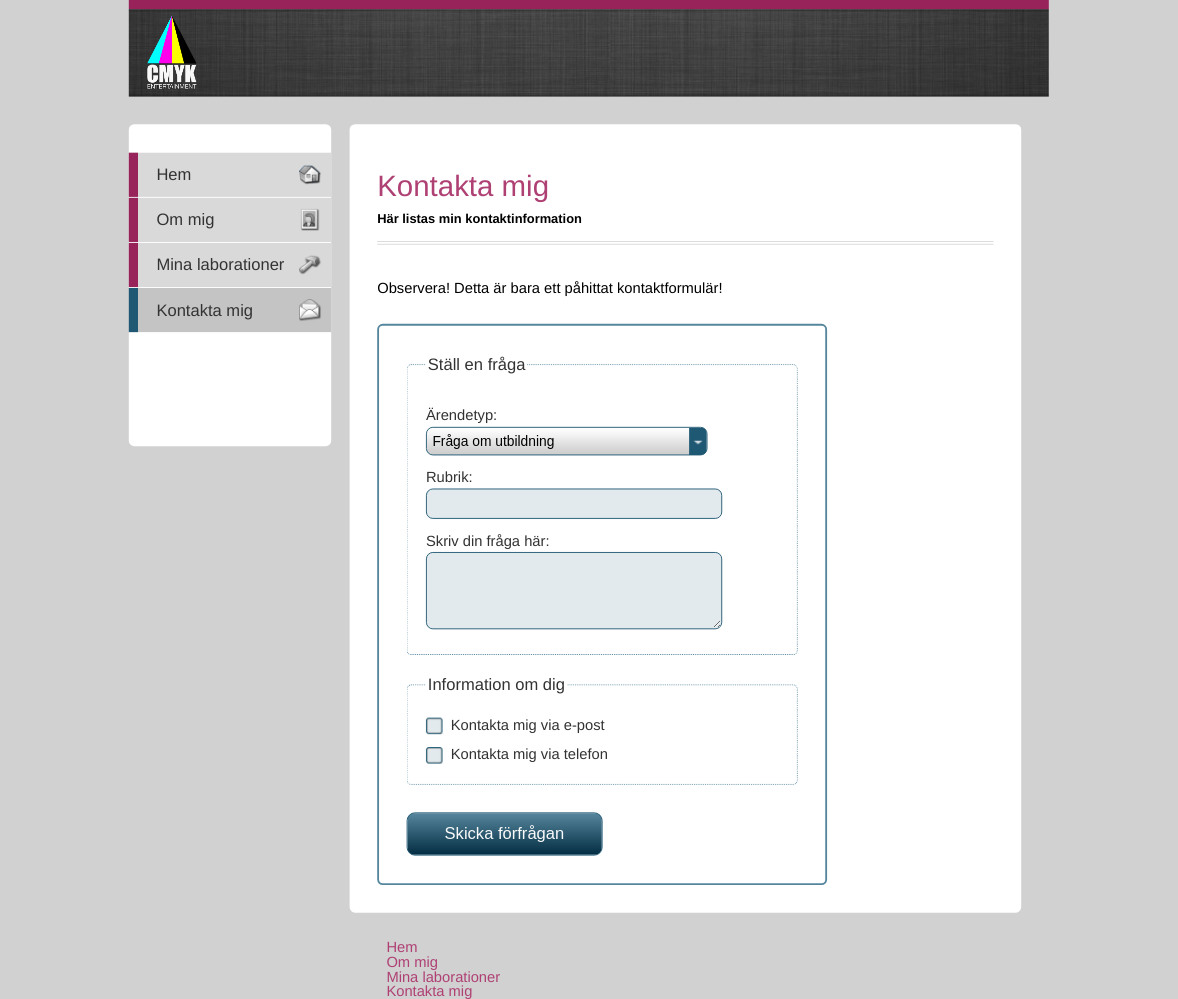
Repository: Holmewi/1ik415-jh222qr-laborationer
Page: pages/kontakt.html
The author's editor kept a record of every edit. The page is drawn from the files as they stood at one moment, then again after the next edit.
The browser window is 1280 px wide. The pictures show the whole page, at 92% of full size.

Above is the page before.

### pages/kontakt.html
<!DOCTYPE HTML>
<html lang="sv">
    <head>
        <meta charset="utf-8">
        <title>Kontakta mig - Här listas min kontaktinformation</title>
        <link rel="stylesheet" media="all" href="../css/style.css" />
        <link rel="stylesheet" media="print" href="../css/print.css" />
        <link rel="stylesheet" media="screen and (max-width:481px)" href="../css/screen.css" />
        <link rel="apple-touch-icon" href="../_app/pic/apple-touch-icon.png" />
        <link rel="shortcut icon" href="../pics/favicon.ico" type="image/x-icon" />
        <link rel="shortcut icon" href="../pics/favicon.png" type="image/png" />
        <meta name="viewport" content="width=480, initial-scale=1, maximum-scale=1">

    </head>
    <body>
        <div id="wrapper"> <!-- fick felmeddelande när jag använde taggen container -->
            <header id="top">
                <div id="headerTop">

                </div>
                <div id="headerBottom">
                    <img src="../pics/logo.png" alt="min logotyp" class="logotyp">
                </div>
            </header>

            <nav id="headmenu" class="borderRadius">
                    <ul>
                        <li><a id="homepage" href="../index.html">Hem</a></li>
                        <li><a id="aboutpage" href="presentation.html">Om mig</a></li>
                        <li><a id="labpage" href="laborationer.html">Mina laborationer</a></li>
                        <li><a id="contactpage" href="kontakt.html" class="active">Kontakta mig</a></li>
                    </ul>
            </nav>

            <main id="content" class="borderRadius">
                <header id="mainheader">
                    <h1>Kontakta mig</h1>
                    <h4>Här listas min kontaktinformation</h4>
                </header>
                <aside id="observe">
                    <p>Observera! Detta är bara ett påhittat kontaktformulär!</p>
                </article>
                <div class="form">
                    <a id="kontaktform" class="print_nolink"></a>
                    <form id="input" action="http://voyager.lnu.se/tekinet/kurser/dtt/wp_webbintro/form.php" method="POST" name="ContactForm">
                        <fieldset id="set_form">
                            <legend>
                                <label class="formHeader" name="FormHeader">Ställ en fråga</label>
                            </legend>
                            <p><label for="form_list">Ärendetyp:</label></p>
                            <select id="form_list" name="FormList" >
                                <option value="utbildning">Fråga om utbildning</option>
                                <option value="kurs">Fråga om kurs</option>
                                <option value="hyra">Fråga om anställning</option>
                                <option value="webbplatsen">Fråga om webbplatsen</option>
                                <option value="privat">Ställ en privat fråga</option>
                            </select>

                            <p>
                                <label for="msg_header">Rubrik:</label>
                            </p>
                            <input type="text" id="msg_header" name="MessageHeader"/>

                            <br>
                            <p>
                                <label for="user_message">Skriv din fråga här:</label>
                            </p>
                            <textarea id="user_message" name="UserMessage" rows="4" cols="39"></textarea>

                        </fieldset>

                        <fieldset id="contact_info">
                            <legend>
                                <label class="formHeader" name="FormInfo">Information om dig</label>
                            </legend>
                            <p>
                                <input type="checkbox" id="form_email" name="FormEmail" value="email">
                                <label for="form_email">Kontakta mig via e-post</label>
                            </p>
                            <p>
                                <input type="checkbox" id="form_phone" name="FormPhone" value="phone">
                                <label for="form_phone">Kontakta mig via telefon</label>
                            </p>
                        </fieldset>
                        <input type="submit" value="Skicka förfrågan" />
                    </form>
                </div>
             </main>
             <footer>
                <div id="footerNav">
                    <ul>
                        <li><a href="../index.html">Hem</a></li>
                        <li><a href="presentation.html">Om mig</a></li>
                        <li><a href="laborationer.html">Mina laborationer</a></li>
                        <li><a href="kontakt.html">Kontakta mig</a></li>
                    </ul>
                </div>
            </footer>
        </div>
    </body>
</html>

### css/print.css
@charset "UTF-8";
/* CSS Document */

@page {
    margin: 2cm 2cm 3cm 2cm;
}

/* För att skriva ut url efter länkarna vid utskrift
Källa: http://css-tricks.com/snippets/css/print-url-after-links/ */

@media print{
       a:after{content:" (" attr(href) ") ";font-size:0.8em;font-weight:normal;}
}

body {
	font-family: Georgia, Times, serif;
	size: auto;
}

html, body, div, span, applet, object, iframe,
h1, h2, h3, h4, h5, h6, p, blockquote, pre,
a, abbr, acronym, address, big, cite, code,
del, dfn, em, img, ins, kbd, q, s, samp,
small, strike, strong, sub, sup, tt, var,
b, u, i, center,
dl, dt, dd, ol, ul, li,
fieldset, form, label, legend,
table, caption, tbody, tfoot, thead, tr, th, td,
article, aside, canvas, details, embed,
figure, figcaption, footer, header, hgroup,
menu, nav, output, ruby, section, summary,
time, mark, audio, video {
	font-family: Georgia, Times, serif;
}

header, nav, footer, form, .print_nolink {
	display: none;
}

#wrapper {
    size: auto;
    margin: 0,5cm;
}

#content {
	position: absolute;
	top: 0px;
	left: 0px;
    size: auto;
    padding: 0px;
    margin: 0px;
}

/* HEADERS, LISTS AND TEXT */

.bloggContent H2 {
    padding-left: 0px;
}

### css/screen.css
@charset "UTF-8";
/* CSS Document */

#wrapper {
    	margin-left: auto;
    	margin-right: auto;
        max-width: 480px;
        height: 100%;
}

/* HEADER */

    header {
        width: 100%;
    }

        #headerTop {
            width: 100%;
            min-height: 7px;
        	background-color: #97235A;
        }

        #headerBottom {
            width: 100%;
            min-height: 65px;
        	background-image:url(pics/header_bg.png);
        	background-color: #D06C9B;
        }

/* HEADMENU */

    nav {
        margin: 0px;
        padding: 0px;
        min-height: 237px;
        width:100%;
        float:none;
        background-color: #FFF;
    }

        #headmenu ul {
            margin: 0;
            padding: 0;
            list-style-type: none;
            font-size: 18px;
        }

        #headmenu ul li a {
            display: block;
            background: #d9d9d9;
            /*width: 450px;*/
            text-decoration: none;
            padding: 20px 0px 20px 20px;
            margin: 1px 0px 0px 0px;
            border-left: 10px solid #97235A;
            color: #333333;

        }

            #headmenu ul li a:hover {
                border-left-color: #56869D;
                color: #56869D;
                background: #c4c4c4;
            }

            #headmenu ul li a:active {
                border-left-color: #1F5873;
                color: #1F5873;
                background: #c4c4c4;
            }

            #headmenu .active {
                border-left-color: #1F5873;
                color: #333333;
                background: #c4c4c4;
            }

            #headmenu a {
                background-image:none;
            }

            #headmenu #homepage:hover {
                background-image:none;
                background-repeat: no-repeat;
                background-position: 200px 12px;
            }

            #headmenu #homepage {
                background-image:none;
                background-repeat: no-repeat;
                background-position: 200px -36px;
            }

            #headmenu #aboutpage:hover {
                background-image:none;
                background-repeat: no-repeat;
                background-position: 200px -180px;
            }

            #headmenu #aboutpage {
                background-image:none;
                background-repeat: no-repeat;
                background-position: 200px -228px;
            }

            #headmenu #labpage:hover {
                background-image:none;
                background-repeat: no-repeat;
                background-position: 200px -84px;
            }

            #headmenu #labpage {
                background-image:none;
                background-repeat: no-repeat;
                background-position: 200px -132px;
            }

            #headmenu #contactpage:hover {
                background-image:none;
                background-repeat: no-repeat;
                background-position: 200px -276px;
            }

            #headmenu #contactpage {
                background-image:none;
                background-repeat: no-repeat;
                background-position: 200px -324px;
            }

/* ASIDE */

    #sidefield {
            display: none;
        }

/* CONTENT */

    main {
        width: 100%;
        float: left;
        padding: 0px;
        margin: 0px 0px 0px 0px;
        background-color: #FFF;
    }

    #contenthome {
        width: 100%;
        background-color: #FFF;
    }

        #mainheader {
            width: 90%;
            float: none;
            height: auto;
            margin: 0% 5% 20px 5%;
        }

        .blogg {
            float: none;
            padding: 0px 0px 40px 0px;
        	margin: 0px 0px 0px 0px;
            width: 90%;
        	clear: both;
        	margin: 5%;
        }

        #hcard-Joakim-Torbjorn-Holmevi {
            width: 90%;
            float: none;
            height: auto;
            margin: 0% 5% 0 5%;
        }

        .blogg table {
            width: 100%;
            overflow-x: scroll;
        }

        .comments {
            width: 90%;
            margin-bottom: 30px;
        }

/* FOOTER */

    #bottom {
        max-width: 480px;
        height: 173px;
        /* total width 1000 */
        /* total height 253 */
        background-color: #2A2A2A;
        border-style: solid;
        border-color: #97235A;
        border-width: 10px 0px 0px 0px;
        clear: both;
        background-image:url(pics/footer_bg.png);
    }

        #footerNav {
            padding-top: 30px;
            width: 100%;
            margin: auto;
        }

            footer li {
            	font-size: 18px;
            	margin-right: 40px;
            	margin-left: 20px;
            	margin-bottom: 14px;
            	display:block;
            }

/* IMAGES AND VIDEOS */

    .bloggVideo {
        max-width: 100px;
        width: 100%;
        padding: 7px 0px 0px 0px;
    }

    .logotyp {
        max-height: 50px;
        padding: 7px 0px 0px 20px;
    }

    .profilbild {
        padding: 0px 20px 10px 0px;
        float: left;
        max-width: 140px;
        width: 100%;
    }

    .bloggbild {
        max-width: 100%;
        width: 100%;
        padding: 0px 0px 10px 0px;
    }

    .bloggBild_right {
        max-width: 100%;
        width: 100%;
        padding: 0px 0px 10px 0px;
    }

    .bloggBild_left {
        max-width: 100%;
        width: 100%;
        padding: 0px 0px 10px 0px;
    }

    .bloggbild {
        width: 100%;
        padding: 0px 0px 10px 0px;
    }

/* GENERAL CLASSES */

    .borderRadius {
    	-webkit-border-radius: 0px;
    	-moz-border-radius: 0px;
    	border-radius: 0px;
    }

    .bloggContent {
        clear: both;
        height: auto;
    	padding-bottom: 20px;
    }

    .bloggInfo p {
    	font-size: 12px;
    	line-height: 0;
        display: block;
    }

    .floatleft {
    	float: none;
    }

    .floatright {
    	float: none;
    }



/* FORM */
/*
Hittade lite nyttig hjälp på mozilla developer för att ändra utseendet på checkboxarna
Källa: https://developer.mozilla.org/en-US/docs/Web/Guide/HTML/Forms/Advanced_styling_for_HTML_forms
*/

    .form {
        height: auto;
    	margin: 30px;
    }

    form    {
        line-height: 24px;
        color: #333333;
        border: 2px solid #56869D;
        border-radius: 6px;
        -webkit-border-radius: 6px;
        -moz-border-radius: 6px;
        margin: 30px 0px 30px 0px;
        padding: 30px;
        display: inline-block;
    }

        fieldset {
            border : 1px dotted #56869D;
            border-radius: 5px;
            margin : 0;
            padding: 20px;
        }

            #set_form p {
                padding-top: 12px;
            }

            #contact_info {
                margin-top: 20px;
                margin-bottom: 30px;
            }

            legend {
                font-size: 18px;
            }

            label {
                cursor: pointer;
            }

            form p {
                margin: 0;
            }

            form p+p {
                margin: .5em 0 0;
            }

            input[type=text], input[type=submit], textarea, select {
                -webkit-appearance: none;     /* Tar bort standardutseendet på elementen */
            }


            select {
               border: 1px solid #1F5873;
               padding: 6px;
               font-size: 15px;
               line-height: 17px;
               width: 80%;
               background: -webkit-gradient(linear, left top, left bottom, from(#fff), to(#ccc));
               -webkit-appearance: none;
               -webkit-box-shadow: 1px 1px 1px #fff;
               -webkit-border-radius: 0.5em;
             }

            /* original check box are push outside the viexport */
            :root input[type=checkbox] {
              position: absolute;
              left: -1000em;
            }

            :root input[type=checkbox] + label:before {
              content: "";
              display: inline-block;
              width  : 19px;
              height : 19px;
              margin : 0 .5em 0 0;
              background: url("pics/checkbox_sprite2.png") no-repeat 0 0;

            /* The following is used to adjust the position of
               the check boxes on the text baseline */

              vertical-align: bottom;
              position: relative;
              bottom: 2px;
            }

            :root input[type=checkbox]:checked + label:before {
              background-position: 0 -19px;
            }

            :root input[type=checkbox]:disabled + label:before {
              background-position: 0 -38px;
            }

            :root input[type=checkbox]:checked:disabled + label:before {
              background-position: 0 -57px;
            }

            :root input[type=checkbox]:focus {
              outline: 1px dotted black;
            }

            select {
               background: url("pics/form_list_bg.png") no-repeat right;
               background-size: auto 32px;
             }

            input[type=text], textarea {
               border: 1px solid #1F5873;
               padding: 7px;
               font-size: 15px;
               line-height: 17px;
               width: 90%;
               background-color: #e3eaed;
               -webkit-appearance: none;
               -webkit-box-shadow: 1px 1px 1px #fff;
               -webkit-border-radius: 0.5em;
             }

            input[type=submit] {
               border: 1px solid #1F5873;
               padding: 14px;
               font-size: 14px;
               line-height: 17px;
               width: 50%;
               color: #FAFAFA;
               background: -webkit-gradient(linear, left top, left bottom, from(#56869D), to(#032D42));
               -webkit-appearance: none;
               -webkit-box-shadow: 1px 1px 1px #fff;
               -webkit-border-radius: 0.5em;
             }

Loaded but not shown: css/style.css (665 lines, source omitted)

After the next edit:
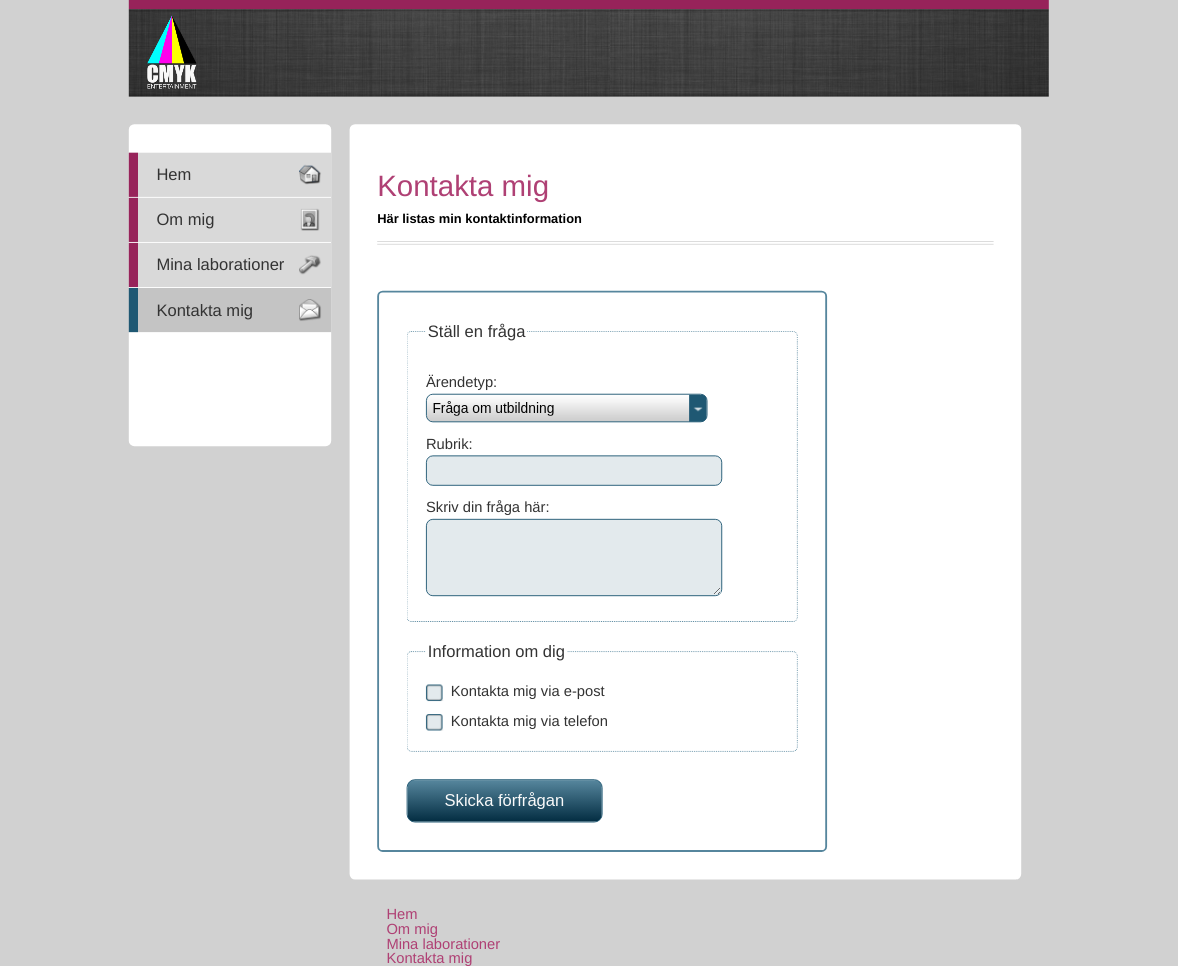
The edit:
--- a/pages/kontakt.html
+++ b/pages/kontakt.html
@@ -37,10 +37,9 @@
                     <h1>Kontakta mig</h1>
                     <h4>Här listas min kontaktinformation</h4>
                 </header>
-                <aside id="observe">
-                    <p>Observera! Detta är bara ett påhittat kontaktformulär!</p>
-                </article>
+
                 <div class="form">
+
                     <a id="kontaktform" class="print_nolink"></a>
                     <form id="input" action="http://voyager.lnu.se/tekinet/kurser/dtt/wp_webbintro/form.php" method="POST" name="ContactForm">
                         <fieldset id="set_form">

After the edit that followed:
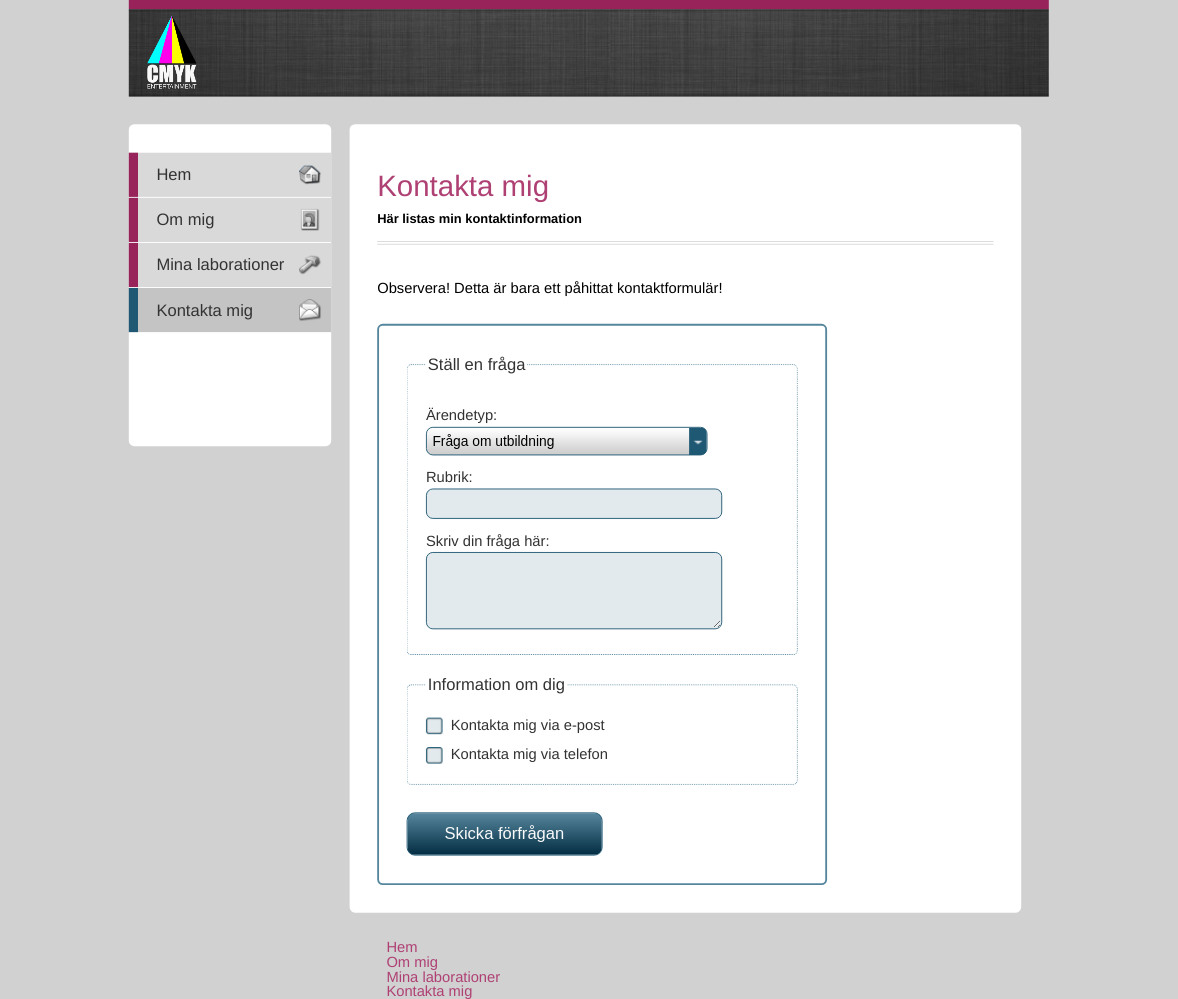
The edit:
--- a/pages/kontakt.html
+++ b/pages/kontakt.html
@@ -37,7 +37,7 @@
                     <h1>Kontakta mig</h1>
                     <h4>Här listas min kontaktinformation</h4>
                 </header>
-
+                <p id="observe">Observera! Detta är bara ett påhittat kontaktformulär!</p>
                 <div class="form">
 
                     <a id="kontaktform" class="print_nolink"></a>
